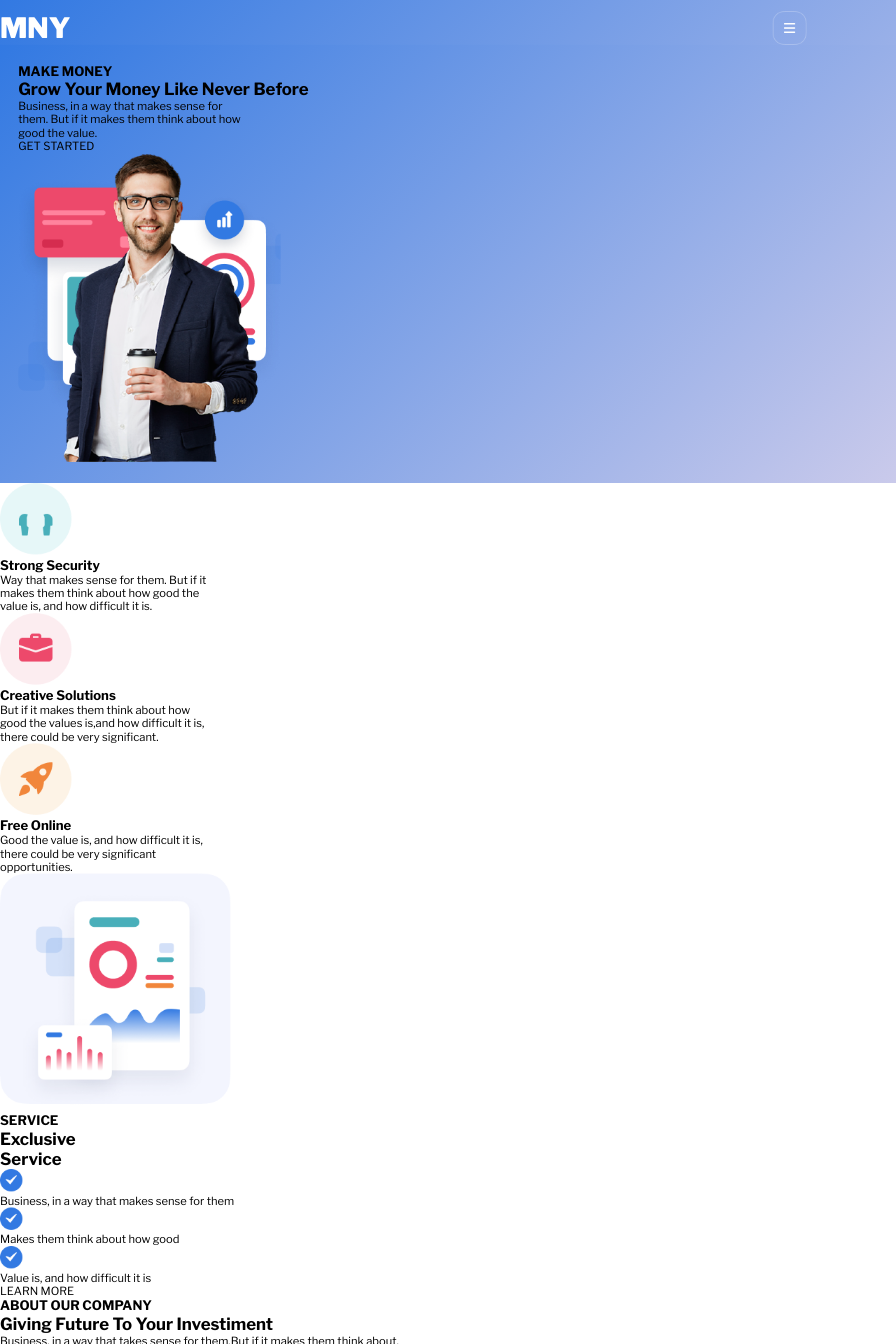
Repository: juniorAntunes910/Make-Money-Design-Avaliacao
Page: index.html
These files come from the project's save history. The page is drawn as it stood at one moment and after a run of saves; the edit follows.
The browser window is 1280 px wide. The pictures show the part of the page from y = 0 to 1920 px (the page is 4667 px tall before and 4663 px after), at 70% of full size.

Above is the page before, as saved 2026-03-13 08:13:34.

After the next 6 saves:
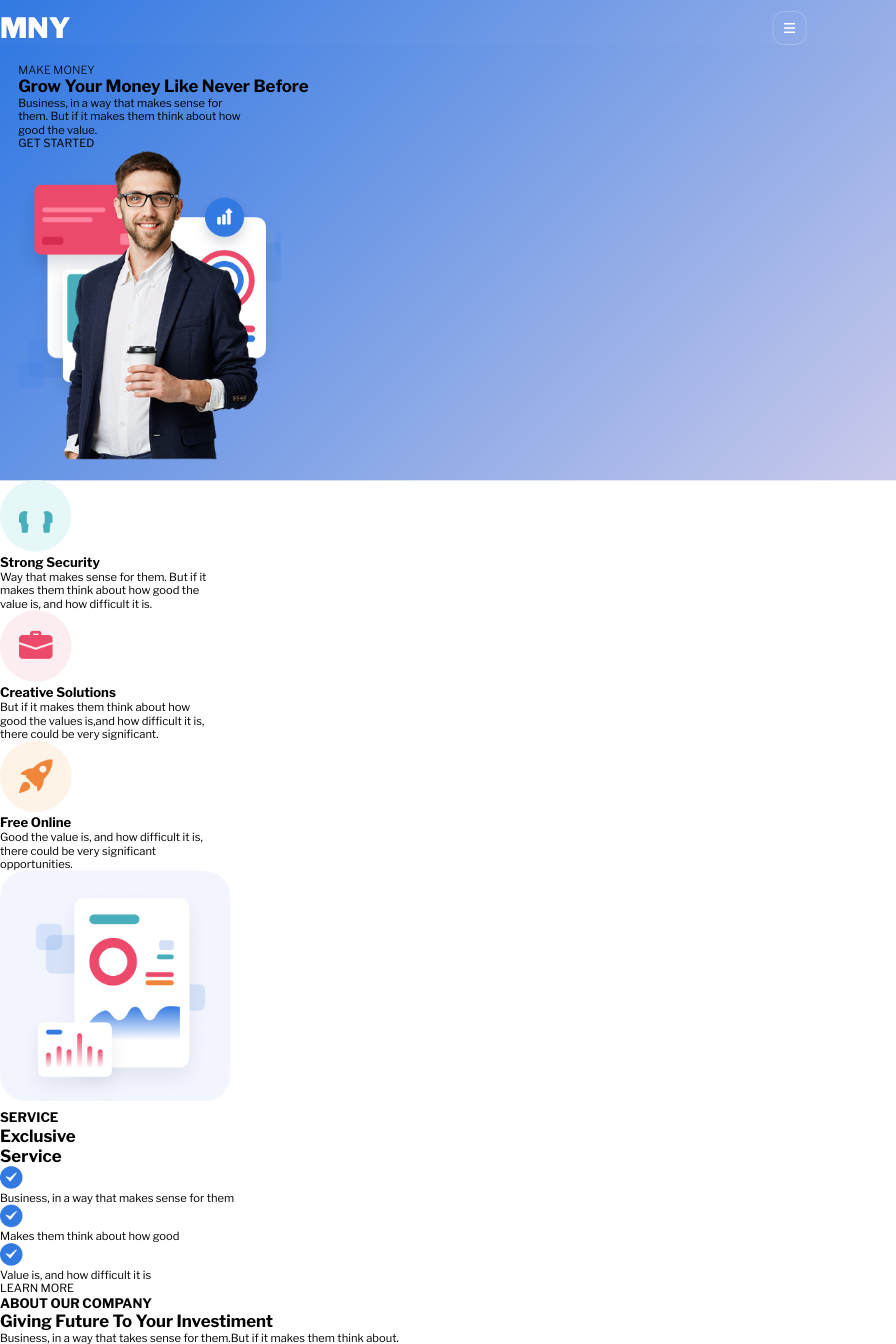
The 6 saves are shown as one change because they came seconds apart.
The last was saved 21 s later.
--- a/style.css
+++ b/style.css
@@ -99,3 +99,9 @@ header nav{
     flex-direction: column;
     flex-wrap: wrap;
 }
+
+.hero-header-subtitle {
+    font-size: 1rem;
+    font-weight: var(--weight-light);
+
+}
